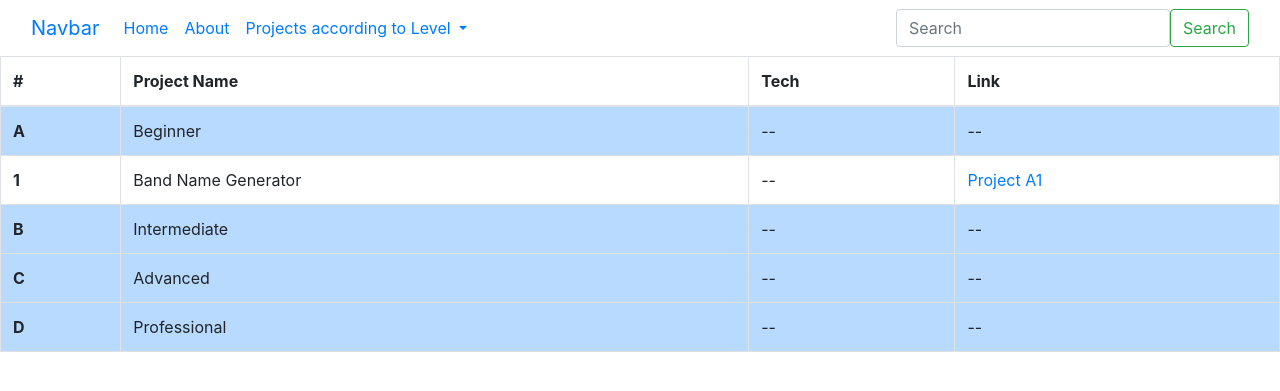
Repository: VictoriousMango/100-Python-Project
Page: index.html
The author's editor kept a copy of each file at every save. The page is drawn from the files as they stood at one save, then again after the next save.
The browser window is 1280 px wide. The pictures show the whole page.

Above is the page before, as saved 2024-05-18 02:38:39.

After the next save:
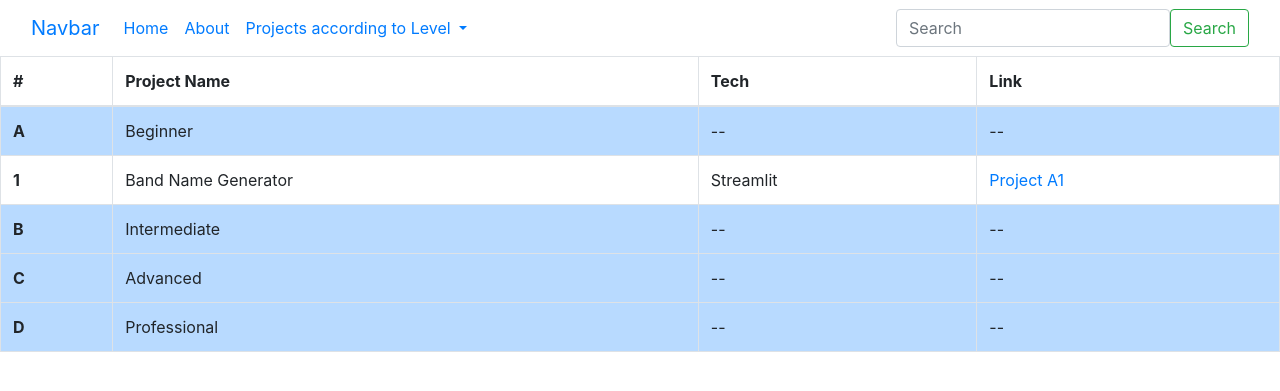
Saved 73 s later.
--- a/index.html
+++ b/index.html
@@ -70,7 +70,7 @@
           <tr>
             <th scope="row">1</th>
             <td>Band Name Generator</td>
-            <td> -- </td>
+            <td> Streamlit </td>
             <td>
               <a href="https://100-python-projectg-rawnndldtq3zp8qrhnm8qe.streamlit.app/Band_Name_Generator">Project A1</a>
             </td>
